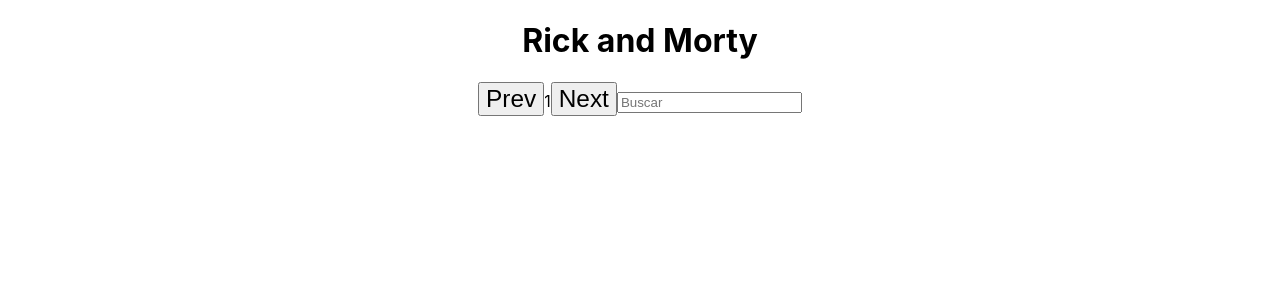
Repository: DanielVegaf/rick-and-morty-api
Page: /
The author's editor kept a copy of each file at every save. The page is drawn from the files as they stood at one save, then again after the next save.
The browser window is 1280 px wide. The pictures show the whole page.
The page's requests for data from a server got no answer. The project was rebuilt for these pictures with package versions that can differ from the ones it lists, and the page was loaded fresh each time. No one was signed in, and anything a server would have sent is missing. Also part of the build but not shown: vite.config.js.

Above is the page before, as saved 2022-07-08 16:12:13.

### src/App.jsx
import { useState, useEffect, useRef } from 'react'
import './App.css'
// import * as API from './services/api'
import {getAllCharacters, searchCharacter} from './services/api'

function App() {

  const inputSearch = useRef(null);
  const [character, setCharacter] = useState([])
  const [page, setPage] = useState(1)
  const [search, setSearch] = useState("")

  useEffect(() => {
    getAllCharacters(page)
      .then(setCharacter)
      .catch(console.log)
  },[page])

  const onChangePage = (next) => {
    if(!character.previous && page + next <= 0) return;
    if(!character.next && page + next >= 42) return;

    setPage(page + next)
  }

  const onTextSearch = (event) => {
    event.preventDefault();
    const text = inputSearch.current.value;
    setSearch(text);
  }

  const onSearchSubmit = (event) => {
    if(event.key !== 'Enter') return;

    inputSearch.current.value = "";
    searchCharacter(search).then(setCharacter).catch(console.log);
  }

  return (
    <div className="App">
      <h1>Rick and Morty</h1>

      <button onClick={() => onChangePage(-1)}>Prev</button>
      {page}
      <button onClick={() => onChangePage(1)}>Next</button>

      <input
        ref={inputSearch}
        type="text"
        onChange={onTextSearch}
        onKeyDown={onSearchSubmit}
        placeholder="Buscar"
        />

      {
        character?.results?.map((char, index) => {
          return(
            <div key={index}>
              <img src={char.image} alt="" />
              <p>{char.name}</p>
            </div>
          )
        })
      }
    </div>
  )
}

export default App

### src/services/api.js
const BASE_URL = "https://rickandmortyapi.com/api/character";

export async function getAllCharacters(page = 1){
    try {
        const response = await fetch(`${BASE_URL}/?page=${page}`);
        const data = await response.json();
        console.log(data);
        return data;
    } catch (error) {
        console.log(error);
    }
}

export async function searchCharacter(name){
    try {
        const response = await fetch(`${BASE_URL}/?name=${name}`)
        const data = await response.json();
        console.log(data);
        return data;
    } catch (error) {
        console.log(error);
    }
}

Loaded but not shown: index.html (common file); src/main.jsx (common file); src/index.css (common file); src/App.css (common file)

After the next save:
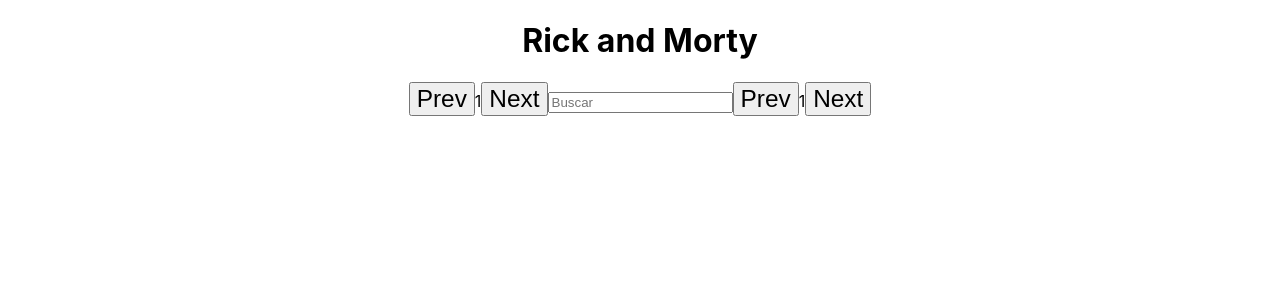
Saved 22 min 6 s later.
--- a/src/App.jsx
+++ b/src/App.jsx
@@ -62,6 +62,9 @@
           )
         })
       }
+      <button onClick={() => onChangePage(-1)}>Prev</button>
+      {page}
+      <button onClick={() => onChangePage(1)}>Next</button>
     </div>
   )
 }
